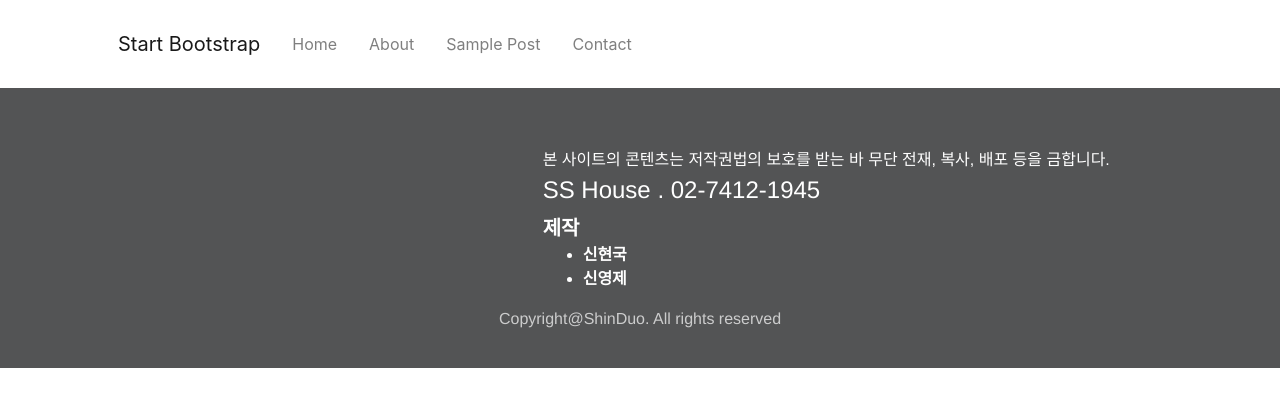
Repository: shinyoungjei/SSAFY_Final_PJT
Page: /user/mypage (app in front/)
The author's editor kept a copy of each file at every save. The page is drawn from the files as they stood at one save, then again after the next save.
The browser window is 1280 px wide. The pictures show the whole page.
The project was rebuilt for these pictures with package versions that can differ from the ones it lists, and the page was loaded fresh each time. Also part of the build but not shown: front/vue.config.js, front/src/views/HomeView.vue, front/src/views/AreaView.vue. Imported but missing from the stored project, and not drawn on this page: front/happyhouse/src/api/axios.js, front/happyhouse/src/components/faq/QuestionChatItem.

Above is the page before, as saved 2022-05-24 00:58:55.

### front/src/main.js
import Vue from "vue";
import App from "./App.vue";
import router from "./router";
import store from "./store";
import { BootstrapVue, IconsPlugin } from "bootstrap-vue"; // boot strap 관련 설정
import "bootstrap/dist/css/bootstrap.css"; // Bootstrap an BootstrapVue CSS 파일 임포트
import "bootstrap-vue/dist/bootstrap-vue.css";
// BootstrapVue 플러그인 설치
Vue.use(BootstrapVue);
Vue.use(IconsPlugin);

Vue.config.productionTip = false;

new Vue({
  router,
  store,
  render: (h) => h(App),
}).$mount("#app");

### front/src/App.vue
<template>
  <div id="app">
    <!--<Nav id="nav" />-->
    <top-header></top-header>
    <router-view />
    <bottom />
  </div>
</template>

<script>
//import Nav from "@/components/common/Nav.vue";
import Bottom from "@/components/common/Bottom.vue";
import TopHeader from "@/components/common/Header.vue";

export default {
  components: {
    //Nav,
    TopHeader,
    Bottom,
  },
};
</script>

<style>
@import "@/assets/main.css";
#nav {
  padding: 5px;
}
</style>

### front/src/router/index.js
import Vue from "vue";
import VueRouter from "vue-router";
import HomeView from "@/views/HomeView.vue";
import AreaView from "@/views/AreaView.vue";

Vue.use(VueRouter);

const routes = [
  //홈 화면
  {
    path: "/",
    name: "home",
    component: HomeView,
  },
  {
    path: "/user",
    name: "user",
    component: () => import("@/views/UserView.vue"),
    children: [
      {
        path: "login",
        name: "login",
        component: () => import("@/components/user/UserLogin.vue"),
      },
      {
        path: "regist",
        name: "regist",
        component: () => import("@/components/user/UserRegister.vue"),
      },
      {
        path: "mypage",
        name: "mypage",
        component: () => import("@/components/user/UserMyPage.vue"),
      },
      {
        path: "testmypage",
        name: "testmypage",
        component: () => import("@/components/user/TestMyPage.vue"),
      },
    ],
  },
  {
    // Q&A
    path: "/question",
    component: () => import("@/views/QuestionView.vue"),
    children: [
      {
        // 리스트 정보 반환
        path: "",
        name: "questionList",
        component: () => import("@/components/faq/QuestionList.vue"),
      },
      {
        // 질문 등록.
        path: "/regist",
        name: "questionRegist",
        component: () => import("@/components/faq/QuestionsRegister.vue"),
      },
      {
        // 상세화면
        path: ":qnaNo",
        name: "questionDetail",
        component: () => import("@/components/faq/QuestionDetail.vue"),
      },
      {
        // 수정
        path: "modify/:qnaNo",
        name: "questionModify",
        component: () => import("@/components/faq/QuestionModify.vue"),
      },
    ],
  },
  {
    //공지사항
    path: "/notice",
    name: "notice",
    component: () => import("@/views/NoticeView.vue"),
    children: [
      {
        // 공지사항 리스트
        path: "",
        name: "noticeList",
        component: () => import("@/components/notice/NoticeList.vue"),
      },
      {
        // 공지사항 등록하기.
        path: "/noticeRegist",
        name: "noticeRegist",
        component: () => import("@/components/notice/NoticeRegister.vue"),
      },
      {
        // 공지사항 상세화면
        path: ":noticeNo",
        name: "noticeDetail",
        component: () => import("@/components/notice/NoticeDetail.vue"),
      },
      {
        // 공지사항 수정하기.
        path: "modify/:noticeNo",
        name: "noticeModify",
        component: () => import("@/components/notice/NoticeModify.vue"),
      },
    ],
  },
  {
    //매매정보
    path: "/aptDeal",
    name: "aptDeal",
    component: () => import("@/views/AptView.vue"),
  },
  {
    path: "/aptDetail",
    name: "aptDetail",
    component: () => import("@/views/AptDetailView.vue"),
  },
  {
    //관심지역
    path: "/area",
    name: "area",
    component: AreaView,
  },
];

const router = new VueRouter({
  mode: "history",
  base: process.env.BASE_URL,
  routes,
});

export default router;

### front/src/store/index.js
import Vue from "vue";
import Vuex from "vuex";
import axios from "@/api/axios.js";

Vue.use(Vuex);

export default new Vuex.Store({
  state: {
    questions: [],
    question: null,
  },

  getters: {},

  mutations: {
    SET_QUESTIONS(state, payload) {
      state.questions = payload;
    },

    SET_DETAIL_QUESION(state, payload) {
      state.question = payload;
    },

    SELECT_QUESTION(state, isSuccess, payload) {
      if (isSuccess === "success") {
        state.questions = payload;
      } else {
        alert("검색결과 없습니다.");
      }
    },

    // MODIFY_QUESTION(state, isSuccess, modifiedQna) {
    //   if (isSuccess === "success") {
    //     state.questions = state.questions.map((qna) => {
    //       if (qna.qnaNo == modifiedQna.qnaNo) {
    //         return modifiedQna;
    //       }
    //       return qna;
    //     });
    //   } else {
    //     alert("수정 실패!");
    //   }
    // },

    // REGIST_QUESTION(state, isSuccess, newQna) {
    //   if (isSuccess == "success") {
    //     state.questions.push(newQna);
    //   } else {
    //     alert("등록 실패");
    //   }
    // },

    // DELETE_QUESTION(state, isSuccess, deleteQnaNo) {
    //   if (isSuccess == "success") {
    //     const target = state.questions.map((qna) => {
    //       if (qna.qnaNo == deleteQnaNo) {
    //         return qna;
    //       }
    //     });
    //     state.questions.pop(target);
    //   } else {
    //     alert("삭제 실패!");
    //   }
    // },
  },

  actions: {
    setQuestions({ commit }) {
      axios.get("/qna").then(({ data }) => {
        commit("SET_QUESTIONS", data);
      });
    },

    async setDetailQuestion({ commit }, qnaNo) {
      const { data } = await axios.get(`/qna/${qnaNo}`);
      commit("SET_DETAIL_QUESION", data);
    },

    modifyQuestion(context, qna) {
      axios.put(`/qna/modify/${qna.qnaNo}`, qna).then(({ data }) => {
        console.log(data);
        // commit("MODIFY_QUESTION", data, qna);
      });
    },

    registQuestion(context, qna) {
      axios.post("/qna/regist", qna).then(({ data }) => {
        console.log(data);
        // commit("REGIST_QUESTION", data, qna);
      });
    },

    deleteQuestion(context, qnaNo) {
      axios.delete(`/qna/delete/${qnaNo}`).then(({ data }) => {
        console.log(data);
        //commit("DELETE_QUESTION", data, qnaNo);
      });
    },

    selectQuestion({ commit }, selectItem) {
      axios.get(`/qna`, selectItem).then(({ data }) => {
        commit("SELECT_QUESTION", data);
      });
    },
  },

  modules: {},
});

### front/src/assets/main.css
a {
  text-decoration: none;
  color: #787878;
}
input,
textarea,
.view {
  width: 100%;
  padding: 12px 20px;
  margin: 8px 0;
  display: inline-block;
  border: 1px solid #ccc;
  border-radius: 4px;
  box-sizing: border-box;
  color: #787878;
  font-size: medium;
}

.regist {
  padding: 10px;
}
.regist_form {
  border-radius: 5px;
  background-color: #f2f2f2;
  padding: 20px;
}

### front/src/components/common/Bottom.vue
<template>
  <b-container fluid id="bot">
    <b-row>
      <b-col cols="3" />
      <b-col cols="1" id="ct">
        <div style="height: 60px"></div>
      </b-col>
      <b-col class="ml-3" style="text-align: left; padding-left: 100px">
        <div style="height: 60px"></div>
        <span class="text-white"
          >본 사이트의 콘텐츠는 저작권법의 보호를 받는 바 무단 전재, 복사, 배포
          등을 금합니다.</span
        ><br />
        <h4 class="mt-1 text-white">SS House . 02-7412-1945</h4>
        <span style="font-weight: bold; font-size: 20px" class="text-white"
          >제작</span
        >
        <ul>
          <li style="font-weight: bold" class="text-white">신현국</li>
          <li style="font-weight: bold" class="text-white">신영제</li>
        </ul>
      </b-col>
    </b-row>
    <div style="text-align: center; opacity: 70%" class="text-white">
      Copyright@ShinDuo. All rights reserved
    </div>
  </b-container>
</template>

<script>
export default {};
</script>

<style scoped>
#bot {
  background-color: rgb(83, 84, 85);
  height: 280px;
  font-family: Avenir, Helvetica, Arial, sans-serif;
}

#ct {
  text-align: left;
}
</style>

### front/src/components/common/Header.vue
<template>
  <b-container fluid>
    <!-- Navigation-->
    <nav class="navbar navbar-expand-lg navbar-light" id="mainNav">
      <div class="container px-4 px-lg-5">
        <a class="navbar-brand" href="index.html">Start Bootstrap</a>
        <button
          class="navbar-toggler"
          type="button"
          data-bs-toggle="collapse"
          data-bs-target="#navbarResponsive"
          aria-controls="navbarResponsive"
          aria-expanded="false"
          aria-label="Toggle navigation"
        >
          Menu
          <i class="fas fa-bars"></i>
        </button>
        <div class="collapse navbar-collapse" id="navbarResponsive">
          <ul class="navbar-nav ms-auto py-4 py-lg-0">
            <li class="nav-item">
              <a class="nav-link px-lg-3 py-3 py-lg-4" href="index.html"
                >Home</a
              >
            </li>
            <li class="nav-item">
              <a class="nav-link px-lg-3 py-3 py-lg-4" href="about.html"
                >About</a
              >
            </li>
            <li class="nav-item">
              <a class="nav-link px-lg-3 py-3 py-lg-4" href="post.html"
                >Sample Post</a
              >
            </li>
            <li class="nav-item">
              <a class="nav-link px-lg-3 py-3 py-lg-4" href="contact.html"
                >Contact</a
              >
            </li>
          </ul>
        </div>
      </div>
    </nav>
  </b-container>
</template>

<script>
export default {};
</script>

<style></style>

### front/src/views/UserView.vue
<template>
  <b-container>
    <router-view></router-view>
  </b-container>
</template>

<script>
export default {};
</script>

<style></style>

### front/src/components/user/UserMyPage.vue
<template>
  <b-container class="mt-4" v-if="loginUserInfo">
    <!-- Header-->
    <b-row>
      <b-col>
        <b-alert variant="secondary" show class="text-center"
          ><h3>MyPage</h3></b-alert
        >
      </b-col>
    </b-row>
    <!-- Header-->
    <b-row>
      <b-col></b-col>
      <b-col id="left">
        <!-- 정보조회 -->
        <div class="ml-3">
          <b-button
            v-b-modal.modal-1
            variant="outline-primary"
            style="width: 200px"
            >정보 조회</b-button
          >
          <b-modal id="modal-1" title="회원 정보">
            <b-container class="mt-2 text-center">
              <b-row>
                <b-col></b-col>
                <b-col>아이디</b-col><b-col>{{ loginUserInfo.id }}</b-col>
                <b-col></b-col>
              </b-row>
              <b-row>
                <b-col></b-col>
                <b-col>이름</b-col><b-col>{{ loginUserInfo.name }}</b-col>
                <b-col></b-col>
              </b-row>
              <b-row>
                <b-col></b-col>
                <b-col>비밀번호</b-col><b-col>{{ loginUserInfo.pass }}</b-col>
                <b-col></b-col>
              </b-row>
            </b-container>
          </b-modal>
        </div>
        <!-- 정보조회 종료-->
        <!-- 정보수정 -->
        <div class="ml-3 mt-3">
          <b-button
            v-b-modal.modal-2
            variant="outline-primary"
            style="width: 200px"
            >정보 수정</b-button
          >
          <b-modal id="modal-2" title="수정하기">
            <b-container class="mt-2 text-center">
              <b-row>
                <b-col></b-col>
                <b-col>아이디 = </b-col>
                <b-col
                  ><input
                    type="text"
                    id="id"
                    name="id"
                    readonly
                    v-model="loginUserInfo.id"
                /></b-col>
                <b-col></b-col>
              </b-row>
              <b-row>
                <b-col></b-col>
                <b-col>이름 = </b-col>
                <b-col>
                  <input
                    type="text"
                    id="name"
                    name="name"
                    v-model="loginUserInfo.name"
                  />
                </b-col>
                <b-col></b-col>
              </b-row>
              <b-row>
                <b-col></b-col>
                <b-col>비밀번호 = </b-col>
                <b-col>
                  <input
                    type="text"
                    id="pass"
                    name="pass"
                    v-model="loginUserInfo.pass"
                  />
                </b-col>
                <b-col></b-col>
              </b-row>
              <button class="btn btn-warning" @click="modify">수정</button>
            </b-container>
          </b-modal>
        </div>
        <!-- 정보수정 종료 -->
        <!-- 회원탈퇴 -->
        <div class="ml-3 mt-3">
          <b-button
            variant="outline-primary"
            style="width: 200px"
            @click="moveUserDelete"
            >회원 탈퇴</b-button
          >
        </div>
        <!-- 회원탈퇴 종료 -->
        <div
          style="
            text-align: left;
            width: 200px;
            margin: 20px auto;
            border-bottom: 1px solid white;
            font-weight: bold;
          "
        >
          <span class="ml-1" style="font-size: 20px">이동하기</span>
        </div>
        <div class="ml-3 mt-3">
          <b-button variant="light" style="width: 200px" :to="{ name: `home` }"
            >메인으로</b-button
          >
        </div>
        <div class="ml-3 mt-3">
          <b-button variant="light" style="width: 200px">로그아웃</b-button>
        </div>
      </b-col>
      <b-col></b-col>
    </b-row>
  </b-container>
</template>

<script>
import { mapState, mapActions } from "vuex";

const userStore = "userStore";

export default {
  components: {},
  computed: {
    ...mapState(userStore, ["loginUserInfo"]),
  },

  methods: {
    ...mapActions(userStore, ["doModifyUser", "doDeleteUser"]),
    // 수정
    modify() {
      let user = {
        id: this.loginUserInfo.id,
        name: this.loginUserInfo.name,
        pass: this.loginUserInfo.pass,
      };
      this.doModifyUser(user);
      this.$router.push("/");
    },

    // 삭제
    moveUserDelete() {
      if (confirm("회원탈퇴성공")) {
        this.doDeleteUser(this.loginUserInfo.name);
        this.$store.commit("userStore/LOGOUT");
        this.$router.push("/");
      }
    },
  },
};
</script>

<style></style>

Loaded but not shown: front/public/index.html (common file)

After the next save:
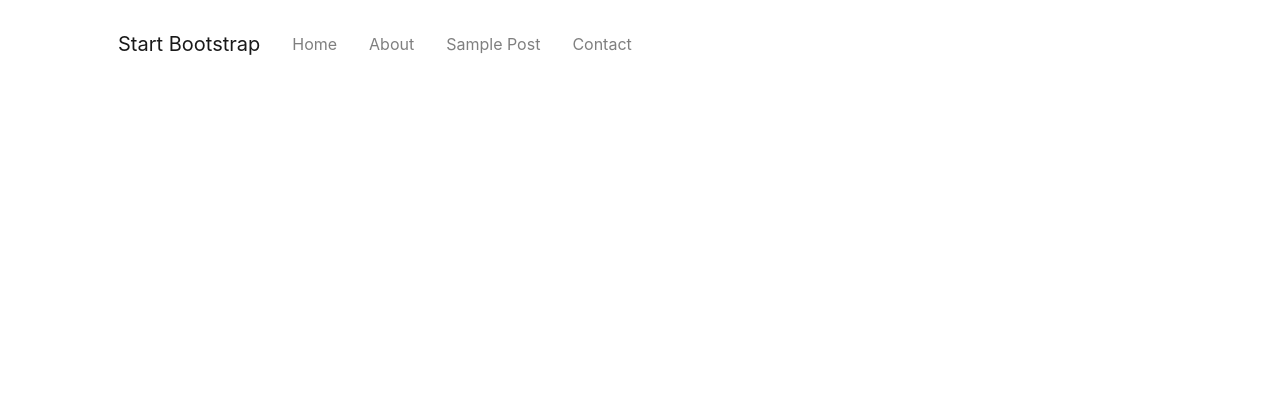
Saved 15 s later.
--- a/front/src/App.vue
+++ b/front/src/App.vue
@@ -3,20 +3,20 @@
     <!--<Nav id="nav" />-->
     <top-header></top-header>
     <router-view />
-    <bottom />
+    <!--<bottom />-->
   </div>
 </template>
 
 <script>
 //import Nav from "@/components/common/Nav.vue";
-import Bottom from "@/components/common/Bottom.vue";
+//import Bottom from "@/components/common/Bottom.vue";
 import TopHeader from "@/components/common/Header.vue";
 
 export default {
   components: {
     //Nav,
     TopHeader,
-    Bottom,
+    //Bottom,
   },
 };
 </script>
